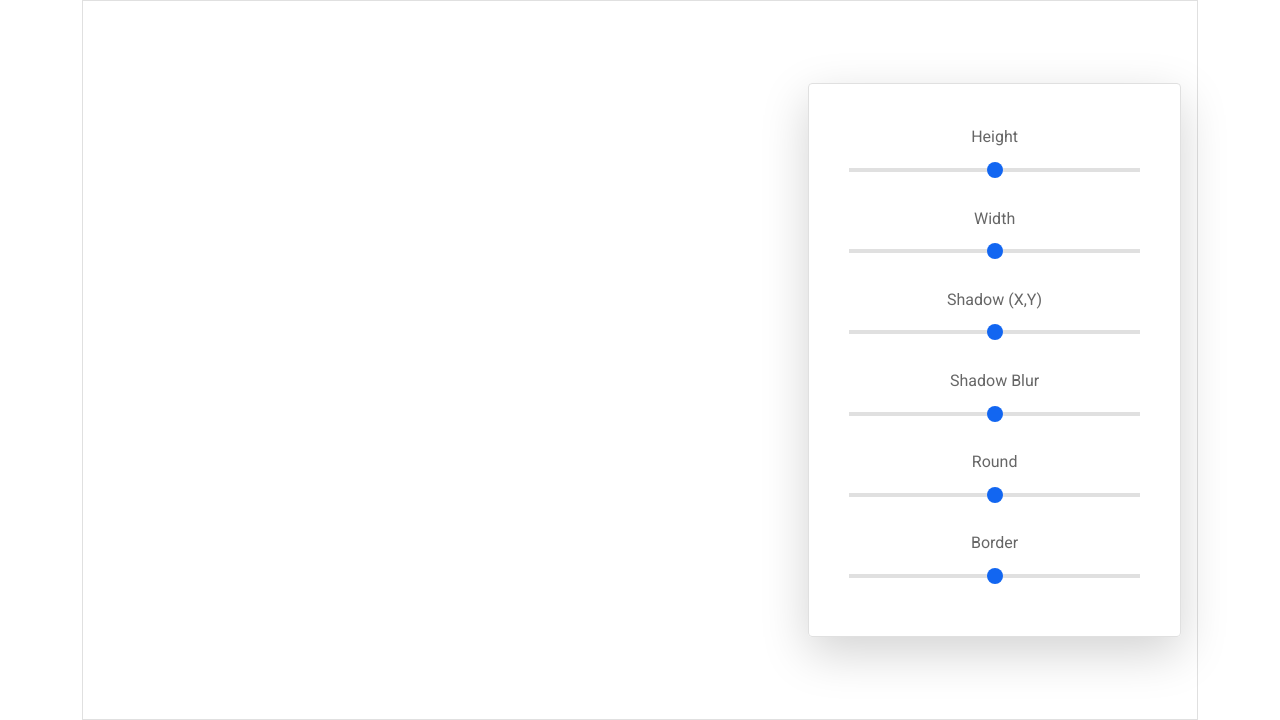
Repository: USaditya98/card-generator
Page: index.html
These files come from the project's save history. The page is drawn as it stood at one moment and after a run of saves; the edit follows.
The browser window is 1280 px wide. The pictures show the whole page.

Above is the page before, as saved 2021-10-20 12:31:38.

### index.html
<!DOCTYPE html>
<html lang="en">
  <head>
    <meta charset="UTF-8" />
    <meta name="viewport" content="width=device-width, initial-scale=1, shrink-to-fit=no" />
    <meta http-equiv="x-ua-compatible" content="ie=edge" />
    <title>Material Design for Bootstrap</title>
    <!-- MDB icon -->
    <link rel="icon" href="img/mdb-favicon.ico" type="image/x-icon" />
    <!-- Font Awesome -->
    <link rel="stylesheet" href="https://use.fontawesome.com/releases/v5.15.2/css/all.css" />
    <!-- Google Fonts Roboto -->
    <link
      rel="stylesheet"
      href="https://fonts.googleapis.com/css2?family=Roboto:wght@300;400;500;700;900&display=swap"
    />
    <!-- MDB -->
    <link rel="stylesheet" href="css/mdb.min.css" />
  </head>
  <body>
    <!-- Start your project here-->
    <div class="container">
      <div class="d-flex justify-content-between align-items-center text-center border" style="height: 100vh;">
            <div class="d-flex justify-content-center w-100 h-50" >
                <div class="text-center  " id="create">
                </div>
            </div>
            <div class="border w-50 shadow-lg rounded p-4 mx-3">
            <div class="m-3">
                <label class="form-label" for="height">Height</label>
                <div class="range">
                <input type="range" class="form-range" id="height" min="0" max="500" step="10" onchange="changeHeight(this.value)"/>
                </div>
            </div>
            <div class="m-3">
                <label class="form-label" for="width">Width</label>
                <div class="range">
                <input type="range" class="form-range" id="width" min="0" max="500" step="10" onchange="changeWidth(this.value)" />
                </div>
            </div>
            <div class="m-3">
                <label class="form-label" for="shadow">Shadow (X,Y)</label>
                <div class="range">
                <input type="range" class="form-range" id="shadow" min="0" max="25" step="0.5" onchange="changeShadowXY(this.value)"/>
                </div>
            </div>
            <div class="m-3">
                <label class="form-label" for="shadowBlur">Shadow Blur</label>
                <div class="range">
                <input type="range" class="form-range" id="shadowBlur" min="0" max="50" step="1" onchange="changeShadowBlur(this.value)" />
                </div>
            </div>
            <!-- <div class="m-3">
                <label class="form-label" for="shadowColor">Shadow Color</label>
                <div class="shadowColor">
                <input type="color" class=" " id="shadowColor"  onchange="changeShadowColor(this.value)"/>
                </div>
            </div> -->
            <div class="m-3">
                <label class="form-label" for="radius">Round</label>
                <div class="range">
                <input type="range" class="form-range" id="radius" onchange="changeRadius(this.value)"/>
                </div>
            </div>
            <div class="m-3">
                <label class="form-label" for="border">Border</label>
                <div class="range">
                <input type="range" class="form-range" id="border" onchange="myFunction(this.value)" />
                </div>
            </div>
            </div>
      </div>
    </div>
    <!-- End your project here-->

    <!-- MDB -->
    <script type="text/javascript" src="js/mdb.min.js"></script>
    <!-- Custom scripts -->
    <script type="text/javascript">
        function changeHeight(val) {
            document.getElementById('create').style.height = val + 'px';
        }
        function changeWidth(val) {
            document.getElementById('create').style.width = val + 'px';
        }


        function changeShadowXY(val) {
          const shadowXY = document.getElementById('shadowBlur').value;

          document.getElementById('create').style.boxShadow = val + 'px' + ' ' + val + 'px' + ' ' + shadowXY + 'px' + ' ' +'0px' + ' ' +'lightgray';
        }



        function changeRadius(val) {
            document.getElementById('create').style.borderRadius  = val + '%' ;
        }

    </script>
  </body>
</html>

Loaded but not shown: css/mdb.min.css (library); js/mdb.min.js (library)

After the next 4 saves:
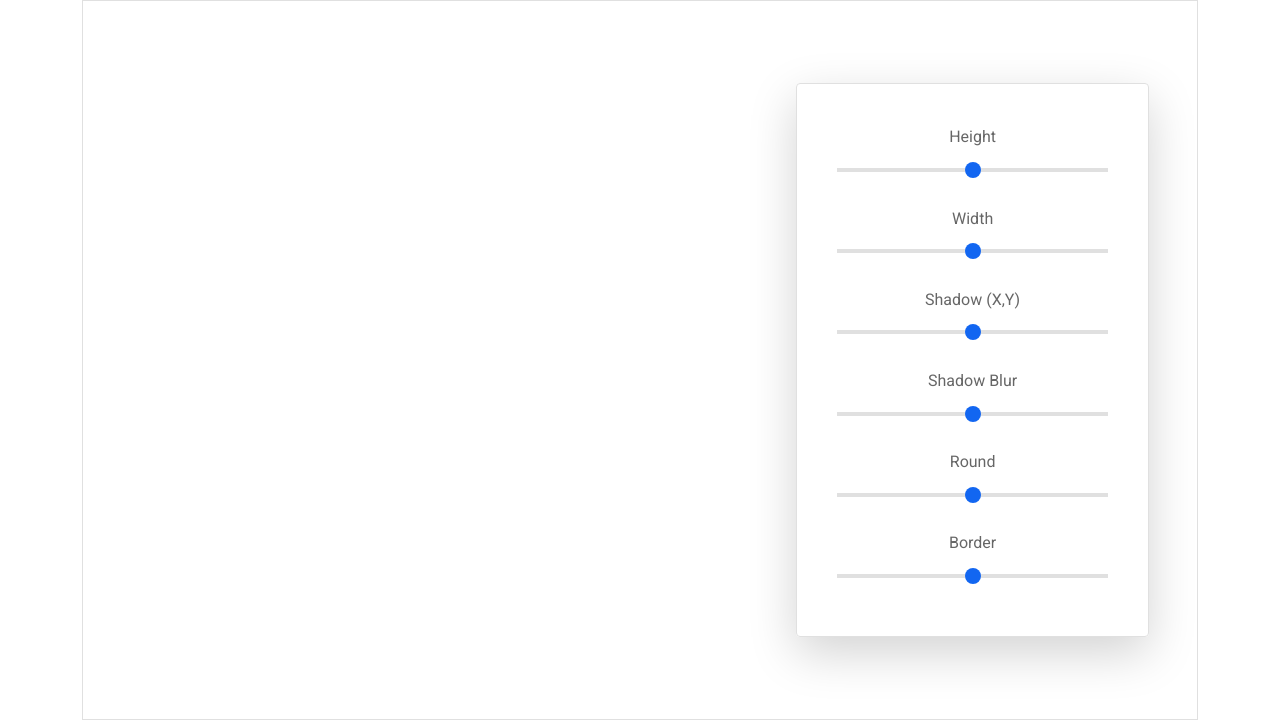
The 4 saves are shown as one change because they came seconds apart.
The last was saved 16 s later.
--- a/index.html
+++ b/index.html
@@ -25,7 +25,7 @@
                 <div class="text-center  " id="create">
                 </div>
             </div>
-            <div class="border w-50 shadow-lg rounded p-4 mx-3">
+            <div class="border w-50 shadow-lg rounded p-4 mx-5">
             <div class="m-3">
                 <label class="form-label" for="height">Height</label>
                 <div class="range">
